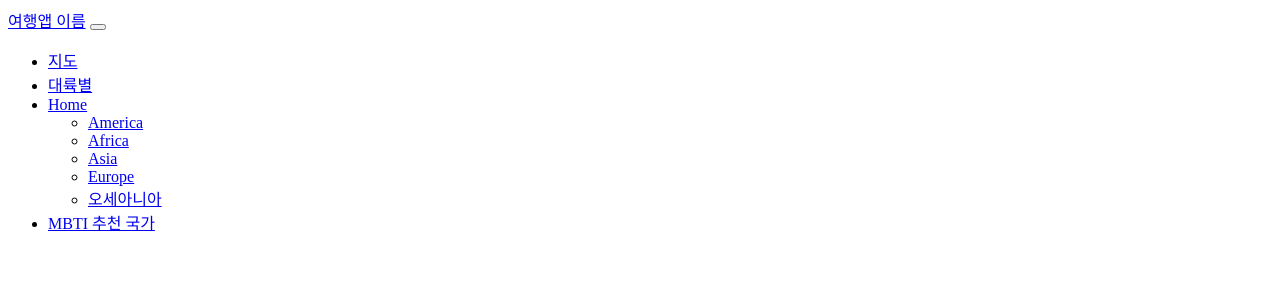
Repository: hina0510/5_JSP
Page: TRAVEL/src/main/webapp/html/Main01.html
An editor plug-in stored every save of this project. The page is shown before and after the next save, followed by the edit.
The browser window is 1280 px wide. The pictures show the whole page.

Above is the page before, as saved 2023-06-08 00:08:40.

### TRAVEL/src/main/webapp/html/Main01.html
<!DOCTYPE html>
<html>
<head>
<meta charset="UTF-8">
<title>Insert title here</title>
</head>
<body>

	<nav class="navbar navbar-expand-lg bg-body-tertiary">
 	 <div class="container-fluid">
 	   <a class="navbar-brand" href="#">여행앱 이름</a>
 	   <button class="navbar-toggler" type="button" data-bs-toggle="collapse" data-bs-target="#navbarNavDropdown" aria-controls="navbarNavDropdown" aria-expanded="false" aria-label="Toggle navigation">
 	     <span class="navbar-toggler-icon"></span>
 	   </button>
	    <div class="collapse navbar-collapse" id="navbarNavDropdown">
 	     <ul class="navbar-nav">



 	       <li class="nav-item">
 	       		<a class="nav-link" href="#">지도</a>
 	       </li>

   	    	<li class="nav-item dropdown">
   	  	   	  	<a class="nav-link dropdown-toggle" href="#" role="button" data-bs-toggle="dropdown" aria-expanded="false">
  	 	         대륙별
     	     </a>
        </li>

        <li class="nav-item">
          <a class="nav-link active" aria-current="page" href="#">Home</a>
          <ul class="dropdown-menu">
            <li><a class="dropdown-item" href="#">America</a></li>
            <li><a class="dropdown-item" href="#">Africa</a></li>
            <li><a class="dropdown-item" href="#">Asia</a></li>
            <li><a class="dropdown-item" href="#">Europe</a></li>
            <li><a class="dropdown-item" href="#">오세아니아</a></li>
          </ul>
        </li>


        <li class="nav-item">
          <a class="nav-link" href="#">MBTI 추천 국가</a>
        </li>

      </ul>
    </div>
  </div>
</nav>




</body>
</html>

After the next save:
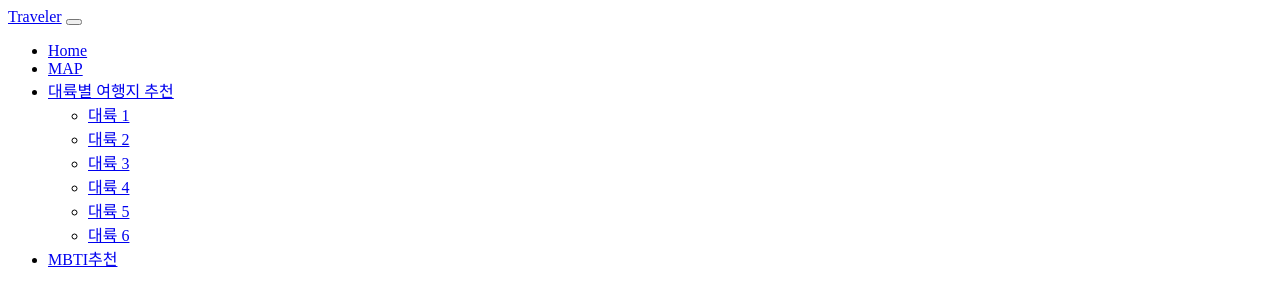
Saved 2 h 22 min later.
--- a/TRAVEL/src/main/webapp/html/Main01.html
+++ b/TRAVEL/src/main/webapp/html/Main01.html
@@ -7,46 +7,44 @@
 <body>
 
 	<nav class="navbar navbar-expand-lg bg-body-tertiary">
- 	 <div class="container-fluid">
- 	   <a class="navbar-brand" href="#">여행앱 이름</a>
- 	   <button class="navbar-toggler" type="button" data-bs-toggle="collapse" data-bs-target="#navbarNavDropdown" aria-controls="navbarNavDropdown" aria-expanded="false" aria-label="Toggle navigation">
- 	     <span class="navbar-toggler-icon"></span>
- 	   </button>
-	    <div class="collapse navbar-collapse" id="navbarNavDropdown">
- 	     <ul class="navbar-nav">
+	    <div class="container-fluid">
+	        <a class="navbar-brand" href="#">Traveler</a>
+	        <button class="navbar-toggler" type="button" data-bs-toggle="collapse" data-bs-target="#navbarNavDropdown" aria-controls="navbarNavDropdown" aria-expanded="false" aria-label="Toggle navigation">
+	            <span class="navbar-toggler-icon"></span>
+	        </button>
+	        <div class="collapse navbar-collapse" id="navbarNavDropdown">
+	            <ul class="navbar-nav">
 
+	                <li class="nav-item">
+	                    <a class="nav-link active" aria-current="page" href="#">Home</a>
+	                </li>
 
+ 	               <li class="nav-item">
+ 	               		<a class="nav-link" href="#">MAP</a>
+ 	               </li>
 
- 	       <li class="nav-item">
- 	       		<a class="nav-link" href="#">지도</a>
- 	       </li>
+	                <li class="nav-item dropdown">
+	                    <a class="nav-link dropdown-toggle" href="#" role="button" data-bs-toggle="dropdown" aria-expanded="false">
+	                        대륙별 여행지 추천
+	                    </a>
+	                    <ul class="dropdown-menu">
+	                        <li><a class="dropdown-item" href="#">대륙 1</a></li>
+	                        <li><a class="dropdown-item" href="#">대륙 2</a></li>
+	                        <li><a class="dropdown-item" href="#">대륙 3</a></li>
+	                        <li><a class="dropdown-item" href="#">대륙 4</a></li>
+	                        <li><a class="dropdown-item" href="#">대륙 5</a></li>
+	                        <li><a class="dropdown-item" href="#">대륙 6</a></li>
+	                    </ul>
+	                </li>
 
-   	    	<li class="nav-item dropdown">
-   	  	   	  	<a class="nav-link dropdown-toggle" href="#" role="button" data-bs-toggle="dropdown" aria-expanded="false">
-  	 	         대륙별
-     	     </a>
-        </li>
+ 	               <li class="nav-item">
+	                    <a class="nav-link" href="#">MBTI추천</a>
+	                </li>
 
-        <li class="nav-item">
-          <a class="nav-link active" aria-current="page" href="#">Home</a>
-          <ul class="dropdown-menu">
-            <li><a class="dropdown-item" href="#">America</a></li>
-            <li><a class="dropdown-item" href="#">Africa</a></li>
-            <li><a class="dropdown-item" href="#">Asia</a></li>
-            <li><a class="dropdown-item" href="#">Europe</a></li>
-            <li><a class="dropdown-item" href="#">오세아니아</a></li>
-          </ul>
-        </li>
-
-
-        <li class="nav-item">
-          <a class="nav-link" href="#">MBTI 추천 국가</a>
-        </li>
-
-      </ul>
-    </div>
-  </div>
-</nav>
+	            </ul>
+	        </div>
+	    </div>
+	</nav>
 
 
 
